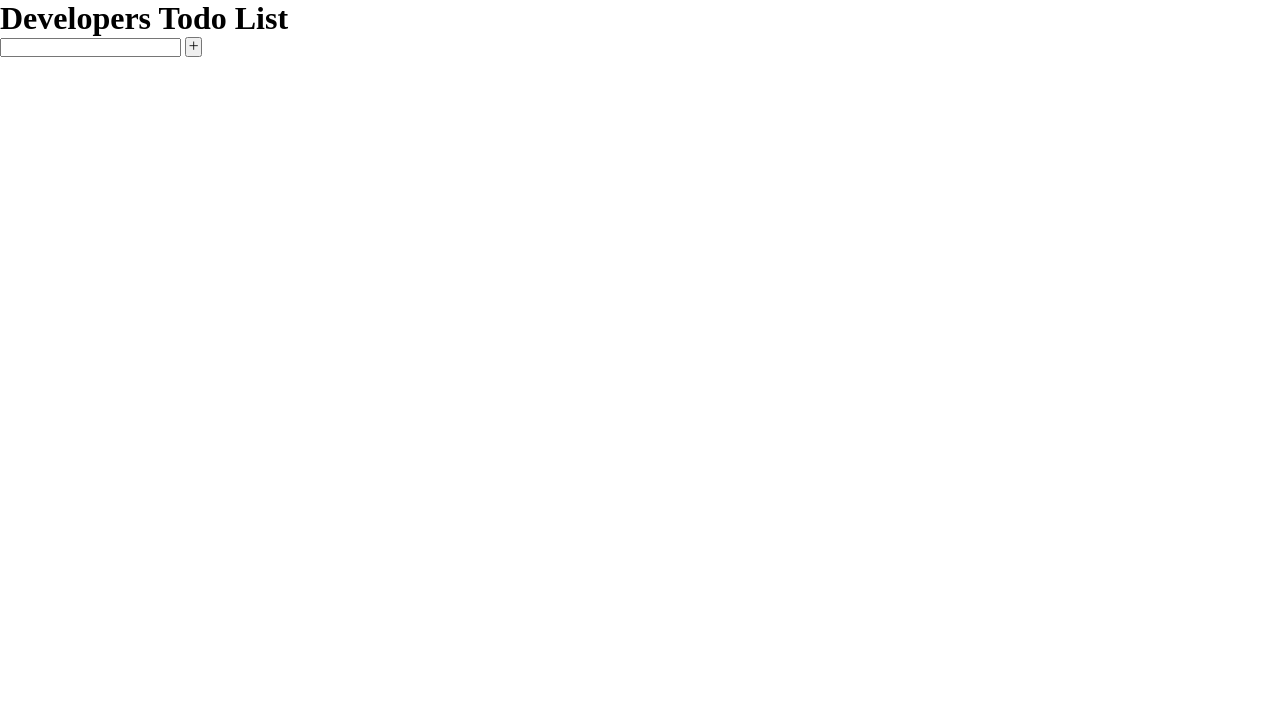
Repository: DevAntonioRogers/Vanilla-TodoList
Page: index.html
An editor plug-in stored every save of this project. The page is shown before and after the next save, followed by the edit.
The browser window is 1280 px wide. The pictures show the whole page.

Above is the page before, as saved 2023-05-11 23:51:53.

### index.html
<!DOCTYPE html>
<html lang="en">
  <head>
    <meta charset="UTF-8" />
    <meta http-equiv="X-UA-Compatible" content="IE=edge" />
    <meta name="viewport" content="width=device-width, initial-scale=1.0" />
    <link rel="preconnect" href="https://fonts.googleapis.com" />
    <link rel="preconnect" href="https://fonts.gstatic.com" crossorigin />
    <link href="https://fonts.googleapis.com/css2?family=Poppins&display=swap" rel="stylesheet" />
    <link rel="stylesheet" href="style.css" />
    <title>To-do</title>
  </head>
  <body>
    <header>
      <h1>Developers Todo List</h1>
    </header>
    <form action="">
      <input type="text" class="todo-input" />
      <button class="todo-button">
        <ion-icon name="add-outline"></ion-icon>
      </button>
    </form>

    <div class="todo-container">
      <ul class="todo-list"></ul>
    </div>

    <script type="module" src="https://unpkg.com/ionicons@7.1.0/dist/ionicons/ionicons.esm.js"></script>
    <script nomodule src="https://unpkg.com/ionicons@7.1.0/dist/ionicons/ionicons.js"></script>
    <script src="app.js"></script>
  </body>
</html>

### style.css
* {
  padding: 0;
  box-sizing: border-box;
  margin: 0;
}

body {
}

Loaded but not shown: app.js (no copy from this time; the picture is the same without it)

After the next save:
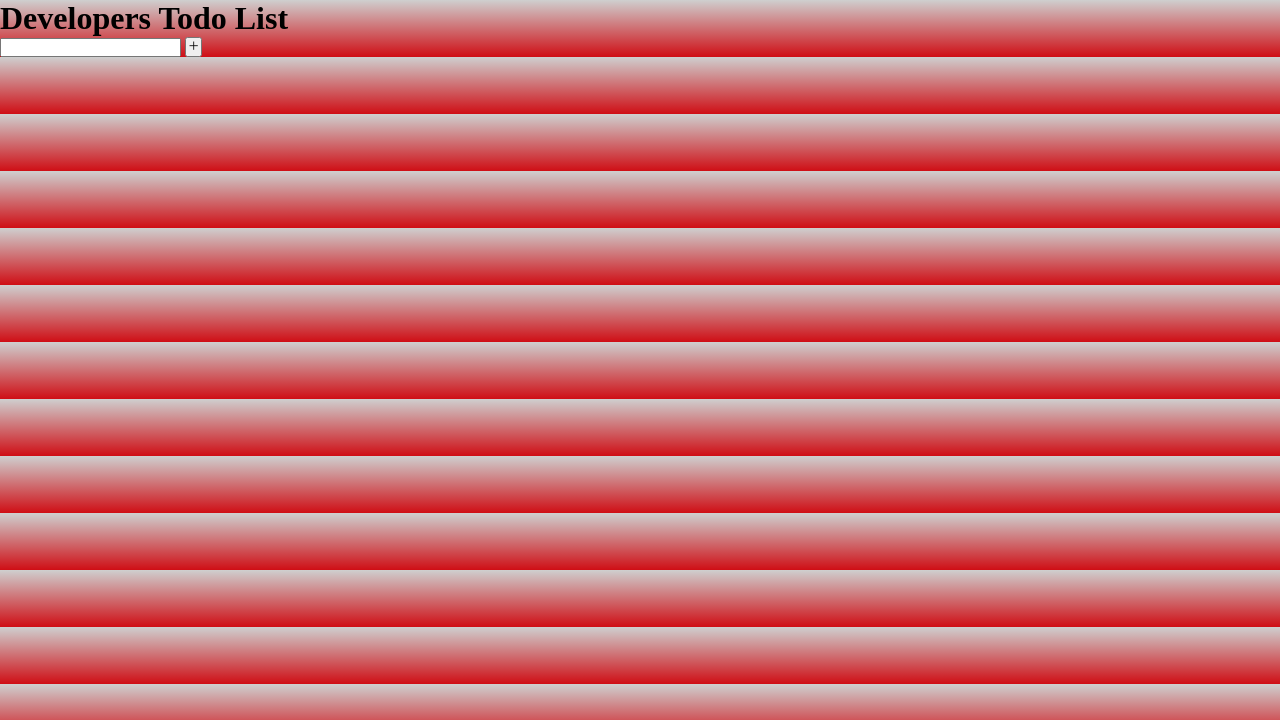
Saved 2 min 19 s later.
--- a/style.css
+++ b/style.css
@@ -5,4 +5,6 @@
 }
 
 body {
+  background: #cf0e15;
+  background: linear-gradient(to top, #cf0e15 0%, #cfcfcf 100%);
 }
